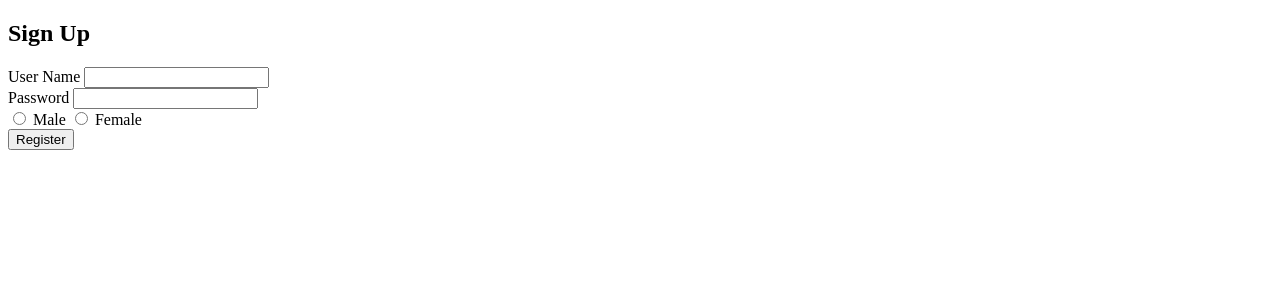
Repository: kalpesh3070/backend2
Page: flyaway/src/main/webapp/signup.html
The author's editor kept a copy of each file at every save. The page is drawn from the files as they stood at one save, then again after the next save.
The browser window is 1280 px wide. The pictures show the whole page.

Above is the page before, as saved 2022-11-13 10:18:44.

After the next save:
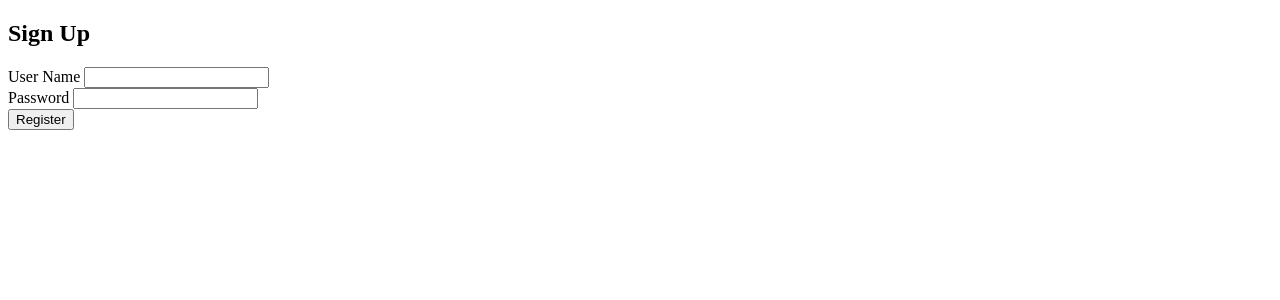
Saved 34 s later.
--- a/flyaway/src/main/webapp/signup.html
+++ b/flyaway/src/main/webapp/signup.html
@@ -29,20 +29,11 @@
 
 </div>
 
-<div class="radio">
-
-<input id="male" type="radio" name="gender" value="male">
 
 
 
-<lable for="male">Male</lable>
 
 
-<input id="Female" type="radio" name="gender" value="Female">
-
-
-
-<lable for="Female">Female</lable>
 
 </div>
 

After the save that followed:
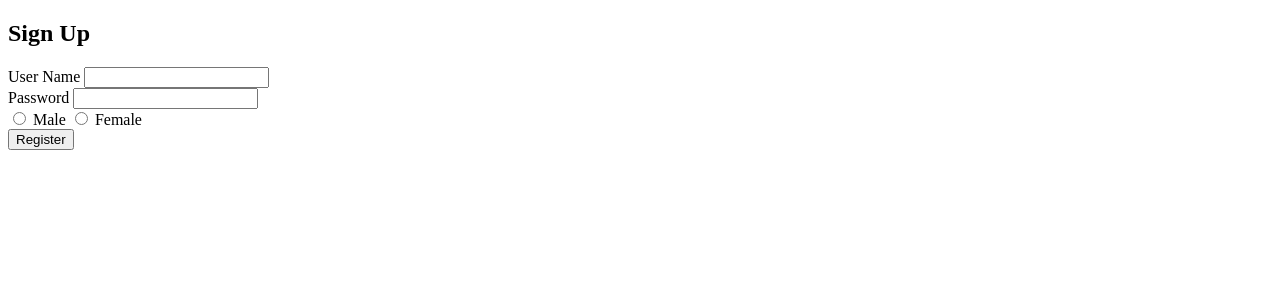
Saved 21 s later.
--- a/flyaway/src/main/webapp/signup.html
+++ b/flyaway/src/main/webapp/signup.html
@@ -29,11 +29,20 @@
 
 </div>
 
+<div class="radio">
+
+<input id="male" type="radio" name="gender" value="male">
 
 
 
+<lable for="male">Male</lable>
 
 
+<input id="Female" type="radio" name="gender" value="Female">
+
+
+
+<lable for="Female">Female</lable>
 
 </div>
 
